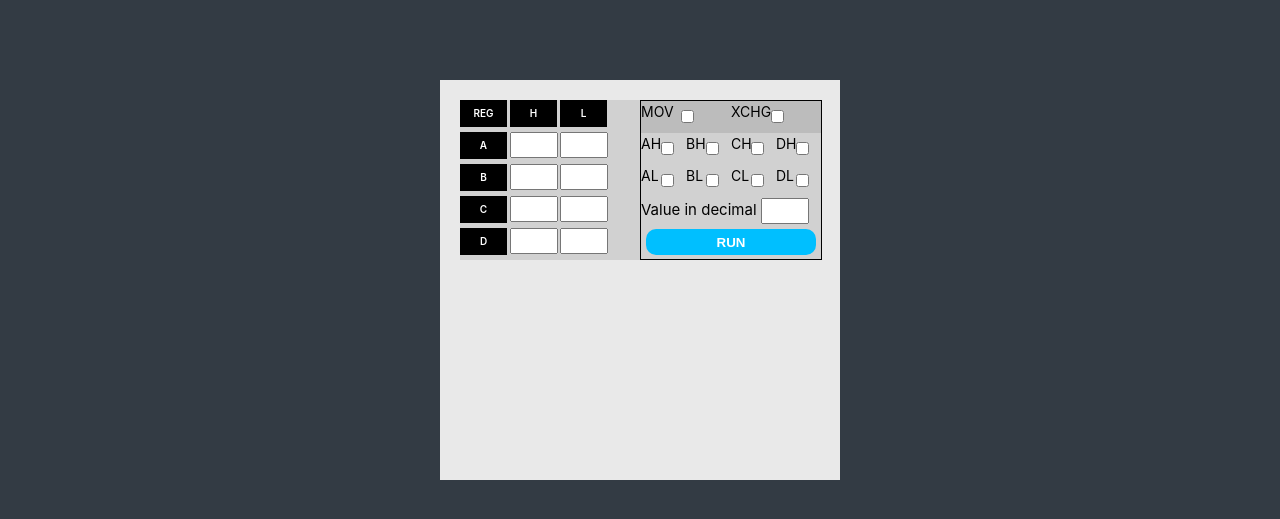
Repository: piookr-wsei/8086
Page: /
An editor plug-in stored every save of this project. The page is shown before and after the next save, followed by the edit.
The browser window is 1280 px wide. The pictures show the whole page.
The project was rebuilt for these pictures with package versions that can differ from the ones it lists, and the page was loaded fresh each time.

Above is the page before, as saved 2022-06-18 21:55:29.

### src/App.js
import React from 'react';
import { useState } from 'react';
import './App.css';
import { RegDesc, RegInput, RegWrapper, UiWindow, UiWrapper, SettingsWrapper, Labels, CheckWrapper, OpBox, LineWrap, NumDesc, RegChWrapper, Run } from './Components/Components.elements';


function App() {

  const xchg="xchg";
  const mov="mov"

  const [movChecked, setMovChecked] = useState(false);

  const [xchgChecked, setXchgChecked] = useState(false);

  const [opChosen,setOpChosen] = useState(null)

  function HandleCheck(name){
    if(name=="mov"){
      setMovChecked(!movChecked)
      setXchgChecked(false)
    }
    else if(name=="xchg"){
      setXchgChecked(!xchgChecked)
      setMovChecked(false)

    }
    setOpChosen(name)
  }

function OpChange(){
  return(
    <>
    <Labels  style={{background: "rgba(0,0,0,0.1)"}}>
      <CheckWrapper>
        MOV
        <OpBox type="checkbox"  checked={movChecked} onClick={() => HandleCheck(mov)} id="MOV"/>
      </CheckWrapper>
      <CheckWrapper style={{position:"relative", left:"10px"}}>
        XCHG
        <OpBox type="checkbox" checked={xchgChecked} onChange={() => HandleCheck(xchg)} id="XCHG" name="XCHG"/>
      </CheckWrapper>
    </Labels>
    </>
    )
  }







  return (
    <div className="App">
      <UiWindow>
        <UiWrapper>
          <RegWrapper>
            <RegDesc textContent={"REG"}/>  <RegDesc textContent={"H"}/>  <RegDesc textContent={"L"}/>

            <RegDesc textContent={"A"}/>  <RegInput maxLength={2}/> <RegInput maxLength={2}/>
            <RegDesc textContent={"B"}/>  <RegInput maxLength={2}/> <RegInput maxLength={2}/>
            <RegDesc textContent={"C"} />  <RegInput maxLength={2}/> <RegInput maxLength={2}/>
            <RegDesc textContent={"D"}/>  <RegInput maxLength={2}/> <RegInput maxLength={2}/>
          </RegWrapper>

          <SettingsWrapper>

              <OpChange/>

              <RegChWrapper>
                <CheckWrapper>
                  AH<OpBox type="checkbox"/>
                </CheckWrapper>
                <CheckWrapper>
                  BH<OpBox type="checkbox"/>
                </CheckWrapper>
                <CheckWrapper>
                  CH<OpBox type="checkbox"/>
                </CheckWrapper>
                <CheckWrapper>
                  DH<OpBox type="checkbox"/>
                </CheckWrapper>
                <CheckWrapper>
                  AL<OpBox type="checkbox"/>
                </CheckWrapper>
                <CheckWrapper>
                  BL<OpBox type="checkbox"/>
                </CheckWrapper>
                <CheckWrapper>
                  CL<OpBox type="checkbox"/>
                </CheckWrapper>
                <CheckWrapper>
                  DL<OpBox type="checkbox"/>
                </CheckWrapper>
              </RegChWrapper>

              <LineWrap>
              <NumDesc textContent={"Value in decimal"}/>  <RegInput maxLength={3} style={{width:"40px"}}/>
              </LineWrap>
              <Run>RUN</Run>
          </SettingsWrapper>



        </UiWrapper>
      </UiWindow>

    </div>
  );
}

export default App;

### src/App.css
body{
  height: 100%;
  background: rgba(1, 10, 22, 0.8);
}
.App {

}

.App-logo {
  height: 40vmin;
  pointer-events: none;
}

@media (prefers-reduced-motion: no-preference) {
  .App-logo {
    animation: App-logo-spin infinite 20s linear;
  }
}

.App-header {
  background-color: #282c34;
  min-height: 100vh;
  display: flex;
  flex-direction: column;
  align-items: center;
  justify-content: center;
  font-size: calc(10px + 2vmin);
  color: white;
}

.App-link {
  color: #61dafb;
}

@keyframes App-logo-spin {
  from {
    transform: rotate(0deg);
  }
  to {
    transform: rotate(360deg);
  }
}

### src/Components/Components.elements.js
import styled from "styled-components";

export const UiWindow = styled.div`
    height: 400px;
    width: 400px;
    background: rgb(233,233,233);
    position: relative;
    margin: auto;
    top: 80px;
`

export const UiWrapper = styled.div`
    border: 20px solid transparent;
    display: grid;
    grid-template-columns: 1fr 1fr;
`

export const RegWrapper = styled.div`
    width: 180px;
    background: rgba(0,0,0,0.1);
    position: relative;
    left: 0;
    display: grid;
    grid-template-columns: 50px 50px 50px;
`

export const RegInput = styled.input`
    height: 20px;
    width: 40px;
    margin-bottom:5px;
    text-align: center;
`

export const SettingsWrapper = styled.div`
    width: 180px;
    background: rgba(0,0,0,0.1);
    position: relative;
    right: 0;
    display: grid;
    grid-template-columns: 180px;
    border: solid 1px black;
    font-size: 14px;
    line-height: 22px;
    grid-template-rows: 32px 64px repeat(auto-fit, 32px);
`

export const RegDescSC = styled.div`
    height: 27px;
    width: 47px;
    background: black;
    margin-bottom:5px;
    color: white;
    font-weight: 600;
`

export const DescText = styled.p`
    font-size: 10px;
    text-align: center;
    position: relative;
    top: -3px;
`

export function RegDesc(props){
    return(
        <RegDescSC>
            <DescText>{props.textContent}</DescText>
        </RegDescSC>
    )
}

export const Labels = styled.div`
    display: grid;
    grid-template-columns: 80px 80px;
`

export const CheckWrapper = styled.div`

    min-width: 30px;
    max-width: 65px;
    height: 25px;
    display: flex;
    justify-content: space-between;
`

export const OpBox = styled.input`
    vertical-align: "middle";
    position: relative;
    top: 3px;
    left: -9px;
`

export const LineWrap = styled.div`
    width: 180px;
    display: flex;
    align-items: center;
`

export const NumSC = styled.div`
    width: 120px;
    text-align: left !important;
`

export function NumDesc(props){
    return(
        <NumSC>
            <DescText style={{textAlign: "left", fontSize:"15px"}}>{props.textContent}</DescText>
        </NumSC>
    )
}

export const RegChWrapper = styled.div`
width: 180px;
display: grid;
grid-template-columns: 45px 45px 45px 45px ;
`

export const Run = styled.button`
width: 170px;
border-radius: 10px;
border:transparent 4px;
background-color: #00bfff;
margin: 0px auto 4px auto;
font-weight: 700;
color: white;
cursor: pointer;
`

Loaded but not shown: public/index.html (common file); src/index.js (common file); src/index.css (common file); src/reportWebVitals.js (common file)

After the next save:
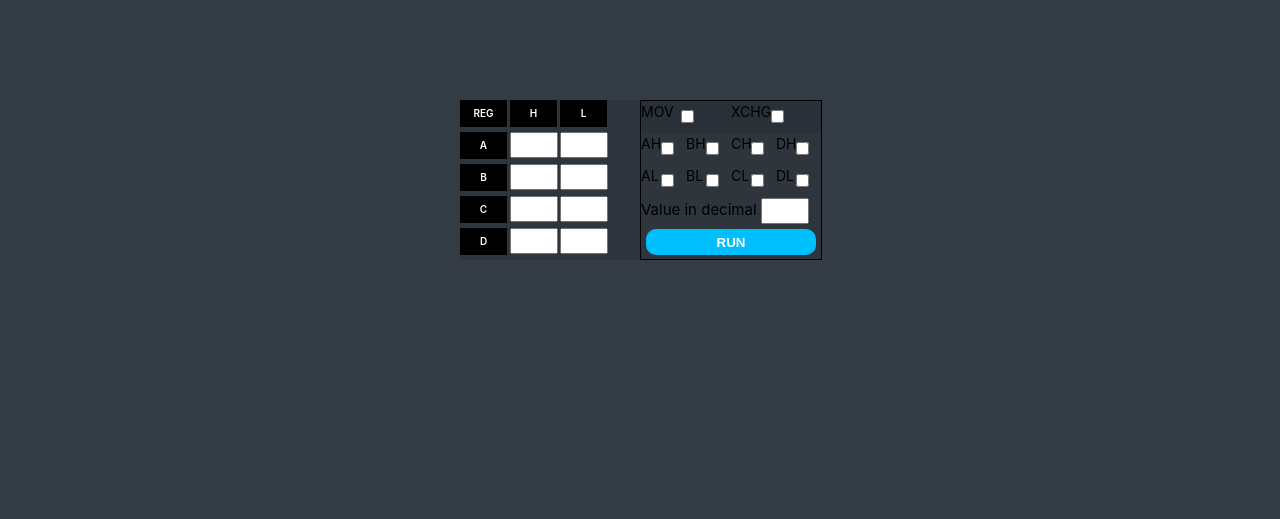
Saved 20 s later.
--- a/src/Components/Components.elements.js
+++ b/src/Components/Components.elements.js
@@ -3,7 +3,7 @@
 export const UiWindow = styled.div`
     height: 400px;
     width: 400px;
-    background: rgb(233,233,233);
+    //background: rgb(233,233,233);
     position: relative;
     margin: auto;
     top: 80px;

After the save that followed:
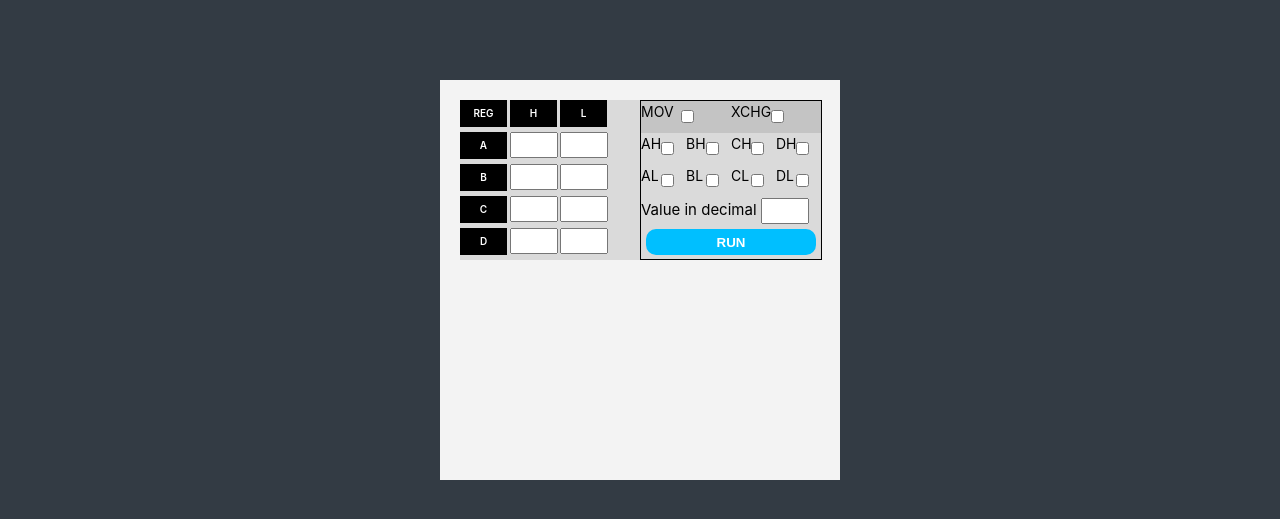
Saved 17 s later.
--- a/src/Components/Components.elements.js
+++ b/src/Components/Components.elements.js
@@ -3,7 +3,7 @@
 export const UiWindow = styled.div`
     height: 400px;
     width: 400px;
-    //background: rgb(233,233,233);
+    background: rgb(243,243,243);
     position: relative;
     margin: auto;
     top: 80px;
